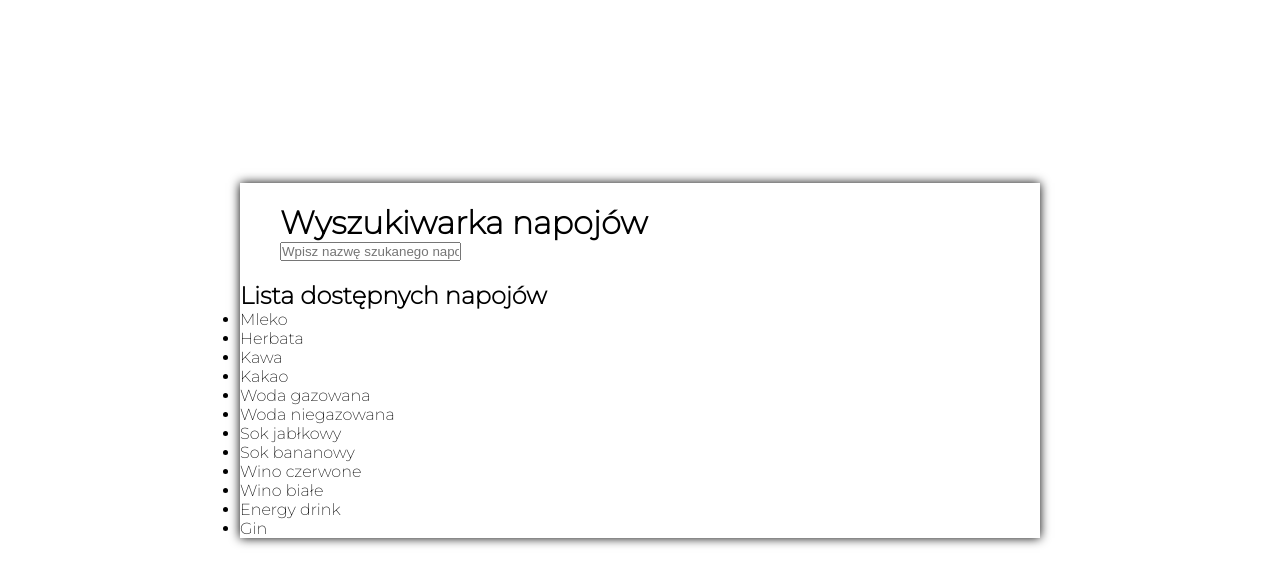
Repository: KrzysKolo/Projekt-1_Wyszukiwarka_napojow
Page: index.html
The author's editor kept a copy of each file at every save. The page is drawn from the files as they stood at one save, then again after the next save.
The browser window is 1280 px wide. The pictures show the whole page.

Above is the page before, as saved 2020-06-30 03:15:11.
Not found: script.js

After the next save:
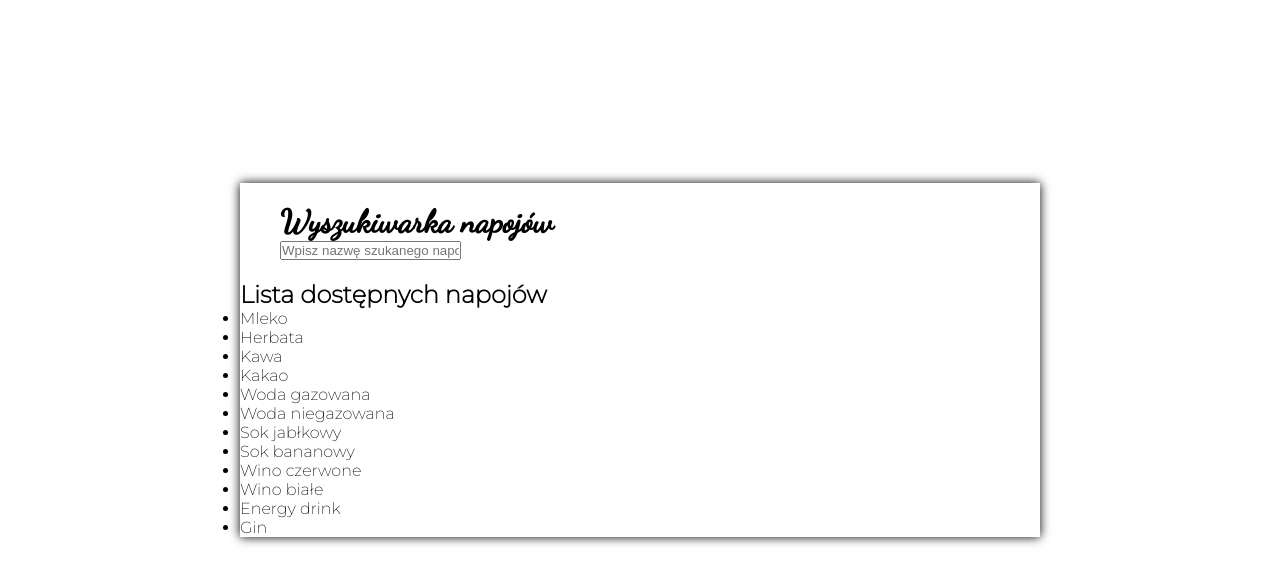
Saved 59 s later.
--- a/css/style.css
+++ b/css/style.css
@@ -26,4 +26,5 @@ body {
   flex-direction: column;
   position: relative;
   padding: 20px 40px;
+  font-family: "Dancing Script", cursive;
 }
